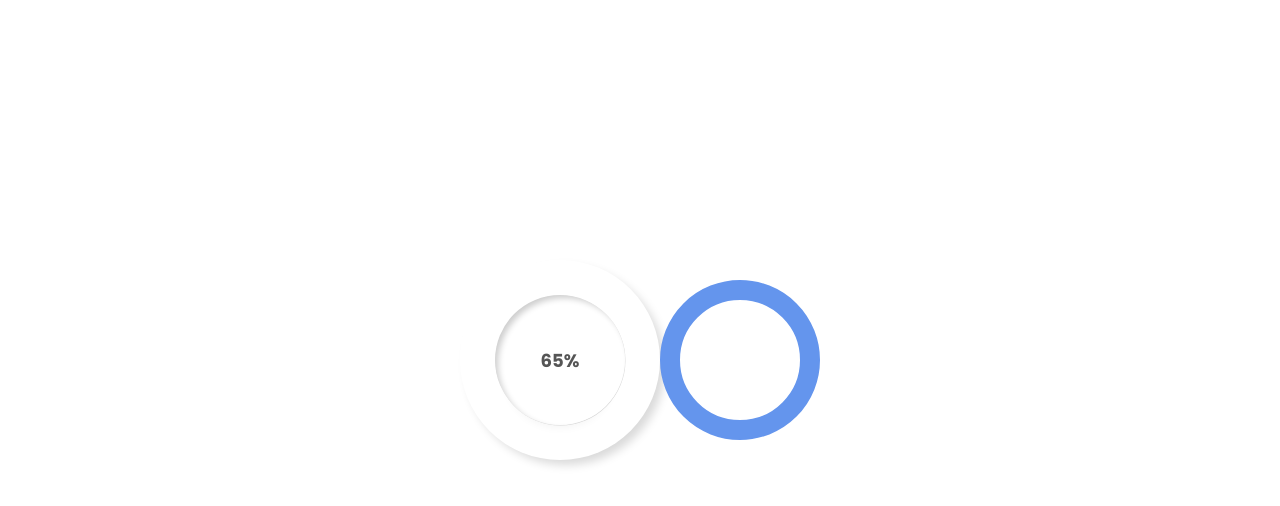
Repository: Ankitkr2021/Loader-Spinner
Page: index.html
An editor plug-in stored every save of this project. The page is shown before and after the next save, followed by the edit.
The browser window is 1280 px wide. The pictures show the whole page.

Above is the page before, as saved 2025-10-21 11:53:54.

After the next save:
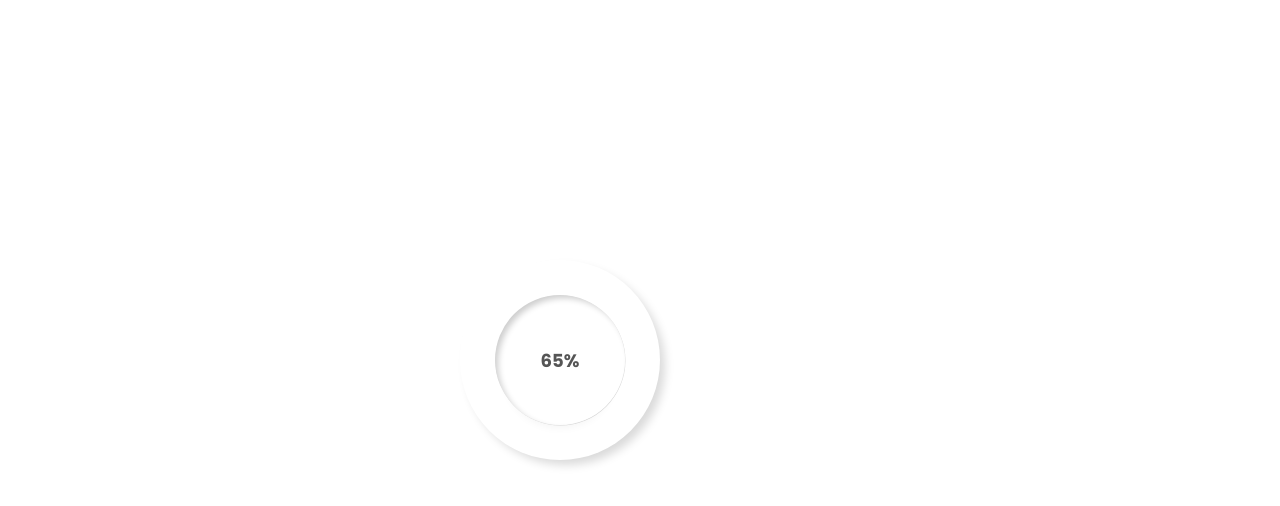
Saved 6 s later.
--- a/style.css
+++ b/style.css
@@ -46,7 +46,7 @@ body {
 
 circle {
     fill: none;
-    stroke: cornflowerblue;
+    stroke: url();
     stroke-width: 20px;
 
 }
